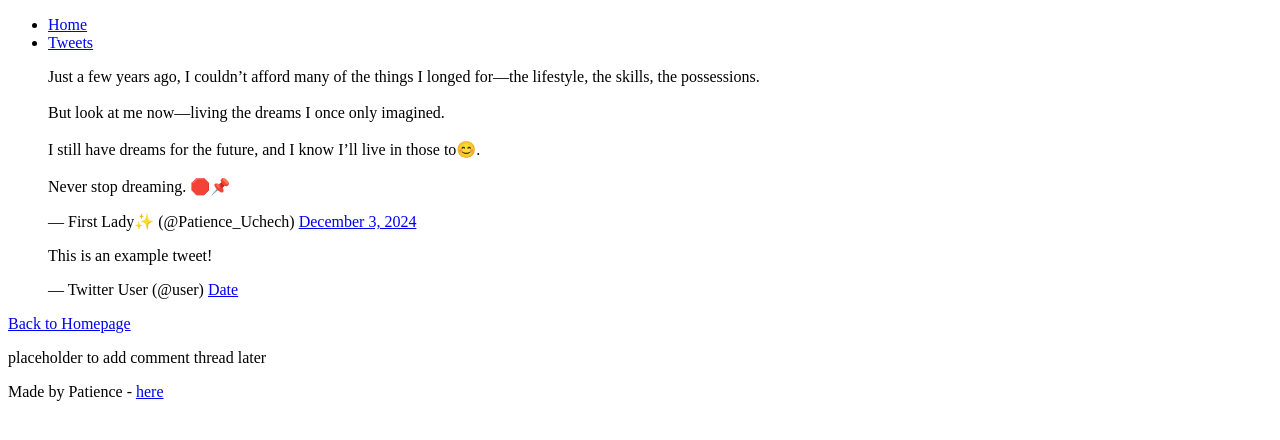
Repository: Patience225/My_First_Portfolio
Page: html_basic/tweets.html
An editor plug-in stored every save of this project. The page is shown before and after the next save, followed by the edit.
The browser window is 1280 px wide. The pictures show the whole page.

Above is the page before, as saved 2024-12-15 20:39:40.

After the next save:
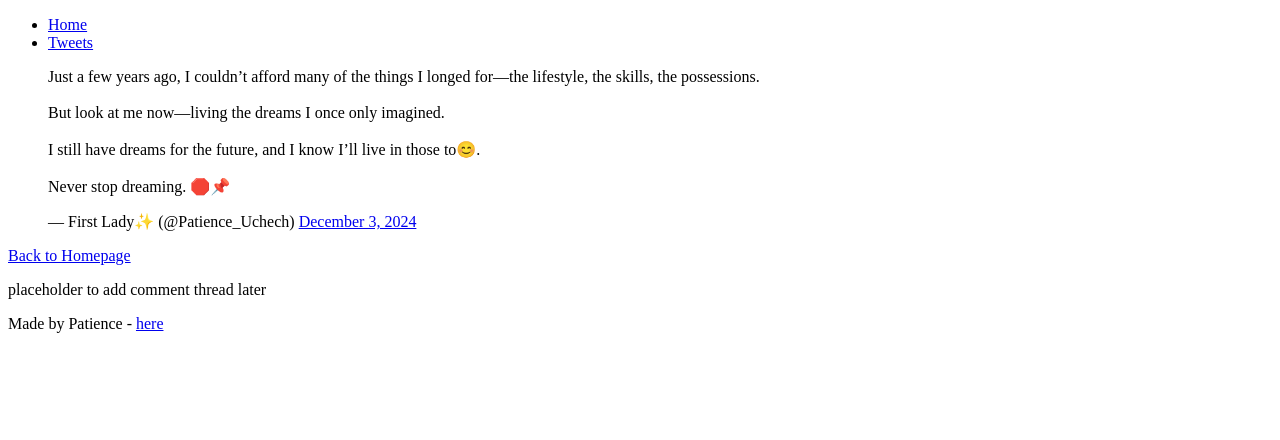
Saved 19 s later.
--- a/html_basic/tweets.html
+++ b/html_basic/tweets.html
@@ -15,10 +15,7 @@
   <main>
     <article>
       <blockquote class="twitter-tweet"><p lang="en" dir="ltr">Just a few years ago, I couldn’t afford many of the things I longed for—the lifestyle, the skills, the possessions.<br><br>But look at me now—living the dreams I once only imagined.<br><br>I still have dreams for the future, and I know I’ll live in those to😊.<br><br>Never stop dreaming. 🛑📌</p>&mdash; First Lady✨ (@Patience_Uchech) <a href="https://twitter.com/Patience_Uchech/status/1863800680617541974?ref_src=twsrc%5Etfw">December 3, 2024</a></blockquote> <script async src="https://platform.twitter.com/widgets.js" charset="utf-8"></script>
-      <blockquote class="twitter-tweet">
-        <p lang="en" dir="ltr">This is an example tweet!</p>&mdash; Twitter User (@user)
-        <a href="https://twitter.com/user/status/12345">Date</a>
-      </blockquote>
+
       <a href="index.html">Back to Homepage</a>
     </article>
     <aside>
